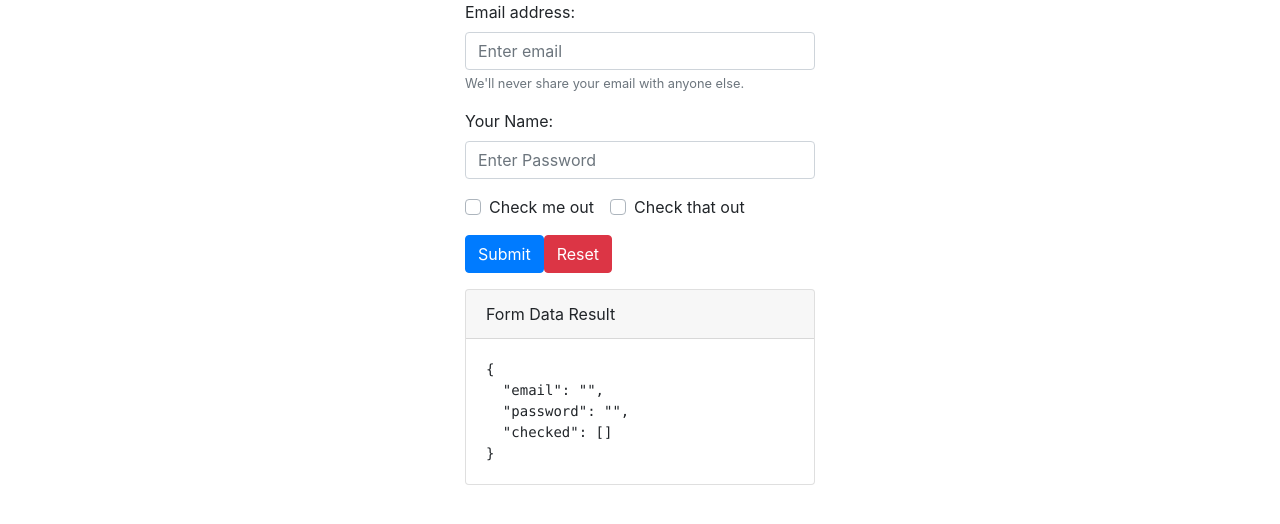
Repository: afsanarozan/viue-js
Page: /login
An editor plug-in stored every save of this project. The page is shown before and after the next save, followed by the edit.
The browser window is 1280 px wide. The pictures show the whole page.
Some web fonts or font styles are not loaded; a fallback is used. The project was rebuilt for these pictures with package versions that can differ from the ones it lists, and the page was loaded fresh each time. Also part of the build but not shown: src/components/modalEdit.vue, src/components/modalAdd.vue, src/components/Items.vue, src/views/Home/home.vue, src/views/Home/name.vue, src/views/Home/update.vue, src/views/Home/price.vue, src/views/Home/search.vue and 2 more.

Above is the page before, as saved 2020-10-01 22:16:29.

### public/index.html
<!DOCTYPE html>
<html lang="en">
  <head>
    <meta charset="utf-8">
    <meta http-equiv="X-UA-Compatible" content="IE=edge">
    <meta name="viewport" content="width=device-width,initial-scale=1.0">
    <link rel="icon" href="<%= BASE_URL %>favicon.ico">
    <title>Food</title>
    <!-- <%= htmlWebpackPlugin.options.title %> -->
    <!-- Font -->
    <link href="https://fonts.cdnfonts.com/css/airbnb-cereal-app?styles=36584" rel="stylesheet">
  </head>
  <body>
    <noscript>
      <strong>We're sorry but <%= htmlWebpackPlugin.options.title %> doesn't work properly without JavaScript enabled. Please enable it to continue.</strong>
    </noscript>



    <div id="app">

    </div>
    <!-- built files will be auto injected -->
     </body>
</html>

### src/main.js
import Vue from 'vue'
import App from './App.vue'
import router from './router'

import BootstrapVue, { BootstrapVueIcons } from 'bootstrap-vue'
import 'bootstrap/dist/css/bootstrap.css'
import 'bootstrap-vue/dist/bootstrap-vue.css'

Vue.config.productionTip = false
Vue.use(BootstrapVue)
Vue.use(BootstrapVueIcons)


new Vue({
  router,
  render: h => h(App),
}).$mount('#app')

### src/App.vue
<template>

    <div id="app">
      <router-view></router-view>
    </div>

</template>

<script>
export default {
  name: 'App',
}

</script>

<style></style>

### src/router.js
import Vue from "vue"
import VueRouter from "vue-router"
import home  from  './views/Home/home'
import name from './views/Home/name'
import update from './views/Home/update'
import price from './views/Home/price'
import search from './views/Home/search'
import about from './views/History/history'
import profile from './views/Profile/profile'
import login from './views/login/login'

Vue.use(VueRouter)

const routes = [
    {
        path: "/",
        name: "home",
        component: home,
    },
    {
        path: "/login",
        name: "login",
        component: login,
    },
    {
        path: "/history",
        name: "history",
        component: about,
    },
    {
        path: "/profile",
        name: "profile",
        component: profile,
    },
    {
        path: "/name",
        name: "name",
        component: name
    },
    {
        path: "/update",
        name: "update",
        component: update
    },
    {
        path: "/price",
        name: "price",
        component: price
    },
    {
        path: "/search",
        name: "search",
        component: search
    },
]

const mainRouter = new VueRouter({
    mode: 'history',
    routes,
})

export default  mainRouter

### src/views/login/login.vue
<template>
<div class="wrap-form-contact">
    <b-container>
        <b-row>
            <b-col md="4" offset-md="4">
    <b-form @submit="onSubmit" @reset="onReset" v-if="show">
      <b-form-group
        id="input-group-1"
        label="Email address:"
        label-for="input-1"
        description="We'll never share your email with anyone else."
      >
        <b-form-input
          id="input-1"
          v-model="form.email"
          type="email"
          required
          placeholder="Enter email"
        ></b-form-input>
      </b-form-group>

      <b-form-group id="input-group-2" label="Your Name:" label-for="input-2">
        <b-form-input
          id="input-2"
          v-model="form.password"
          type="password"
          required
          placeholder="Enter Password"
        ></b-form-input>
      </b-form-group>

      <b-form-group id="input-group-4">
        <b-form-checkbox-group v-model="form.checked" id="checkboxes-4">
          <b-form-checkbox value="me">Check me out</b-form-checkbox>
          <b-form-checkbox value="that">Check that out</b-form-checkbox>
        </b-form-checkbox-group>
      </b-form-group>

      <b-button type="submit" variant="primary">Submit</b-button>
      <b-button type="reset" variant="danger">Reset</b-button>
    </b-form>
    <b-card class="mt-3" header="Form Data Result">
      <pre class="m-0">{{ form }}</pre>
    </b-card>
            </b-col>
            </b-row>
  </b-container>
</div>
</template>

<script>

export default {
    name : 'login',
    data() {
      return {
        form: {
          email: '',
          password: '',
          checked: []
        },
        foods: [{ text: 'Select One', value: null }, 'Carrots', 'Beans', 'Tomatoes', 'Corn'],
        show: true
      }
    },
    methods: {
      onSubmit(evt) {
        evt.preventDefault()
        alert(JSON.stringify(this.form))
      },
      onReset(evt) {
        evt.preventDefault()
        // Reset our form values
        this.form.email = ''
        this.form.name = ''
        this.form.checked = []
        // Trick to reset/clear native browser form validation state
        this.show = false
        this.$nextTick(() => {
          this.show = false
        })
      }
    }
  }
</script>

<style lang="scss" scoped>

</style>

After the next save:
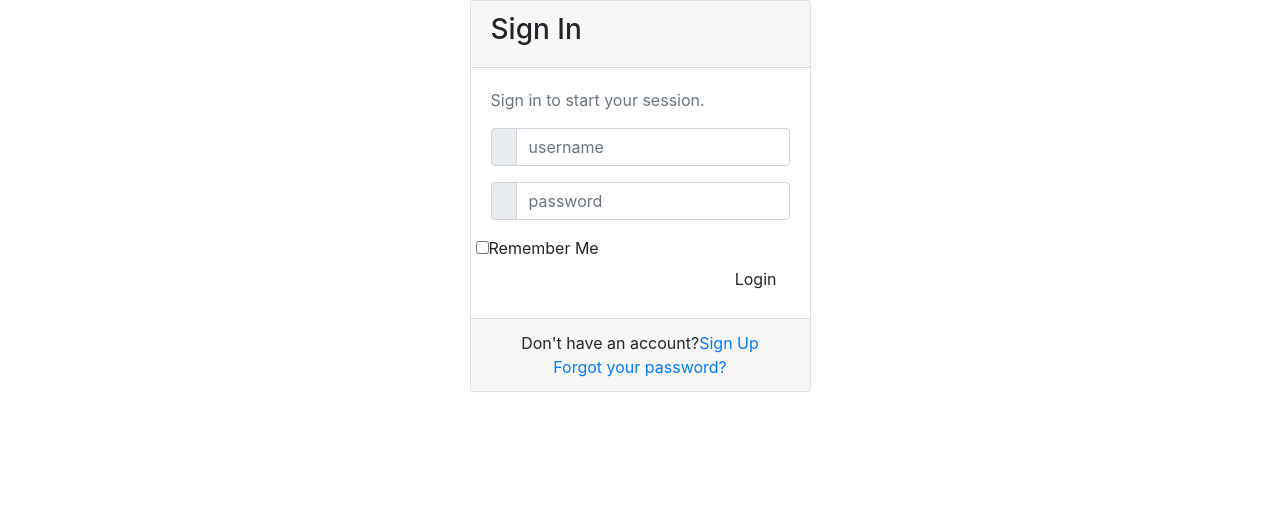
Saved 11 h 10 min later.
--- a/src/views/login/login.vue
+++ b/src/views/login/login.vue
@@ -1,51 +1,46 @@
 <template>
-<div class="wrap-form-contact">
-    <b-container>
-        <b-row>
-            <b-col md="4" offset-md="4">
-    <b-form @submit="onSubmit" @reset="onReset" v-if="show">
-      <b-form-group
-        id="input-group-1"
-        label="Email address:"
-        label-for="input-1"
-        description="We'll never share your email with anyone else."
-      >
-        <b-form-input
-          id="input-1"
-          v-model="form.email"
-          type="email"
-          required
-          placeholder="Enter email"
-        ></b-form-input>
-      </b-form-group>
+<div class="container">
+        <div class="d-flex justify-content-center h-100">
+            <div class="card">
+                <div class="card-header">
+                    <h3>Sign In</h3>
+                </div>
+                <div class="card-body">
+                    <p v-if="!wrongCred" class="text-muted">Sign in to start your session.</p>
+                    <p v-if="wrongCred" class="text-muted" >Wrong credentials entered!. Please enter your correct details.</p>
+                    <form v-on:submit.prevent="loginUser">
+                        <div class="input-group form-group">
+                            <div class="input-group-prepend">
+                                <span class="input-group-text"><i class="fas fa-user"></i></span>
+                            </div>
+                            <input type="text" v-model="username" class="form-control" placeholder="username">
 
-      <b-form-group id="input-group-2" label="Your Name:" label-for="input-2">
-        <b-form-input
-          id="input-2"
-          v-model="form.password"
-          type="password"
-          required
-          placeholder="Enter Password"
-        ></b-form-input>
-      </b-form-group>
-
-      <b-form-group id="input-group-4">
-        <b-form-checkbox-group v-model="form.checked" id="checkboxes-4">
-          <b-form-checkbox value="me">Check me out</b-form-checkbox>
-          <b-form-checkbox value="that">Check that out</b-form-checkbox>
-        </b-form-checkbox-group>
-      </b-form-group>
-
-      <b-button type="submit" variant="primary">Submit</b-button>
-      <b-button type="reset" variant="danger">Reset</b-button>
-    </b-form>
-    <b-card class="mt-3" header="Form Data Result">
-      <pre class="m-0">{{ form }}</pre>
-    </b-card>
-            </b-col>
-            </b-row>
-  </b-container>
-</div>
+                        </div>
+                        <div class="input-group form-group">
+                            <div class="input-group-prepend">
+                                <span class="input-group-text"><i class="fas fa-key"></i></span>
+                            </div>
+                            <input v-model="password" type="password" class="form-control" placeholder="password">
+                        </div>
+                        <div class="row align-items-center remember">
+                            <input type="checkbox">Remember Me
+                        </div>
+                        <div class="form-group">
+                            <input type="submit" value="Login" class="btn float-right login_btn">
+                        </div>
+                    </form>
+                </div>
+                <div class="card-footer">
+                    <div class="d-flex justify-content-center links">
+                        Don't have an account?<a href="#">Sign Up</a>
+                    </div>
+                    <div class="d-flex justify-content-center">
+                        <a href="#">Forgot your password?</a>
+                    </div>
+                </div>
+            </div>
+        </div>
+    </div>
 </template>
 
 <script>
